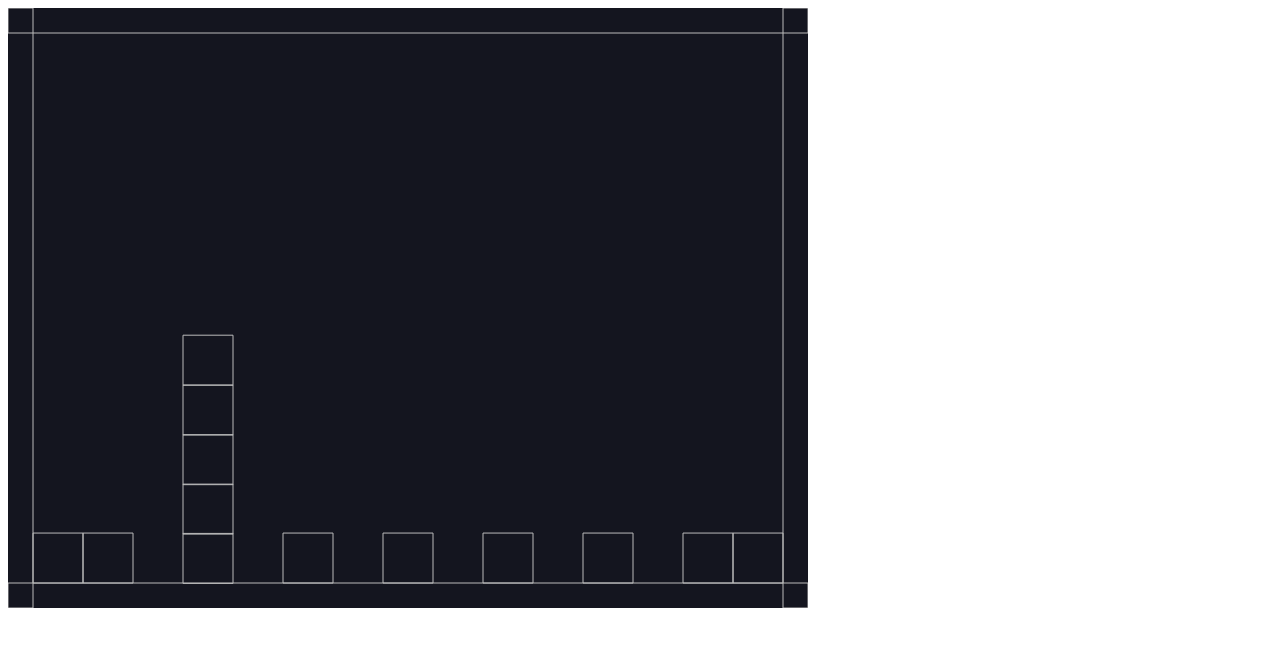
Repository: Sbethm/maze-runner
Page: index.html
These files come from the project's save history. The page is drawn as it stood at one moment and after a run of saves; the edit follows.
The browser window is 1280 px wide. The pictures show the whole page.
Some web libraries are served in a nearby version.

Above is the page before, as saved 2021-10-01 16:09:01.

After the next 2 saves:
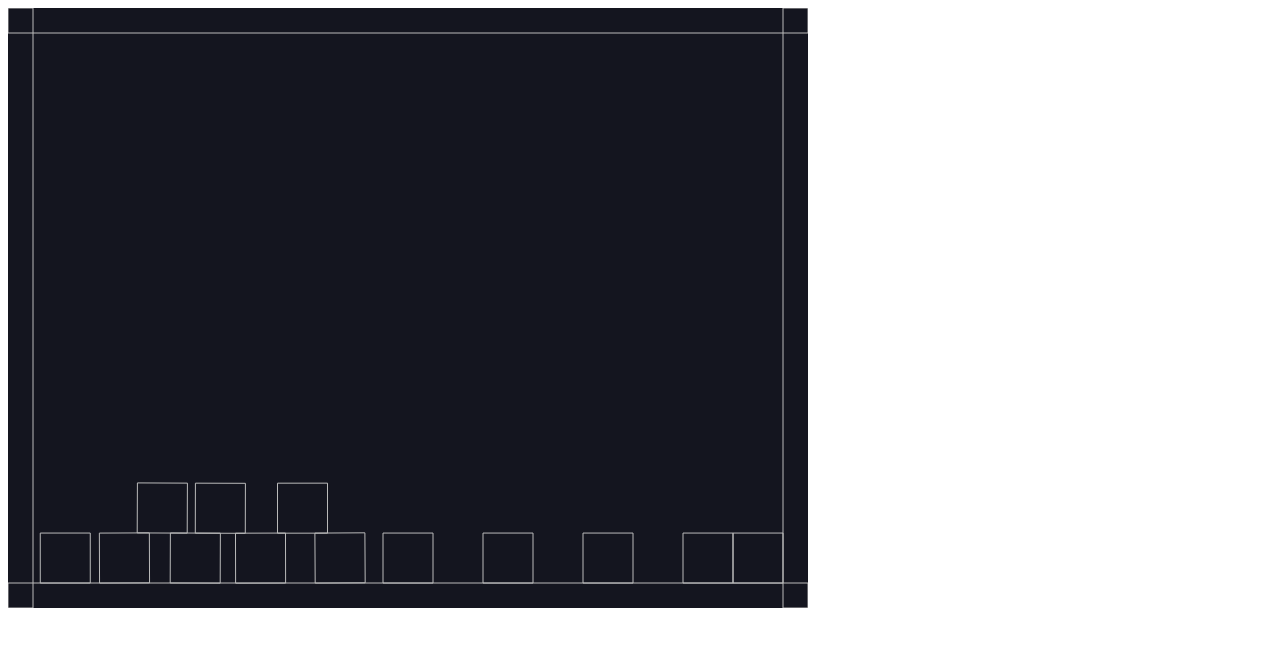
The 2 saves are shown as one change because they came seconds apart.
The last was saved 7 s later.
--- a/app.js
+++ b/app.js
@@ -21,7 +21,7 @@ World.add(world, MouseConstraint.create(engine, {
 const shape = [
     Bodies.rectangle(50, 200, 50, 50),
     Bodies.rectangle(100, 200, 50, 50),
-    Bodies.rectangle(300, 200, 50, 50),
+    Bodies.rectangle(120, 200, 50, 50),
     Bodies.rectangle(400, 200, 50, 50),
     Bodies.rectangle(500, 200, 50, 50),
     Bodies.rectangle(600, 200, 50, 50),
